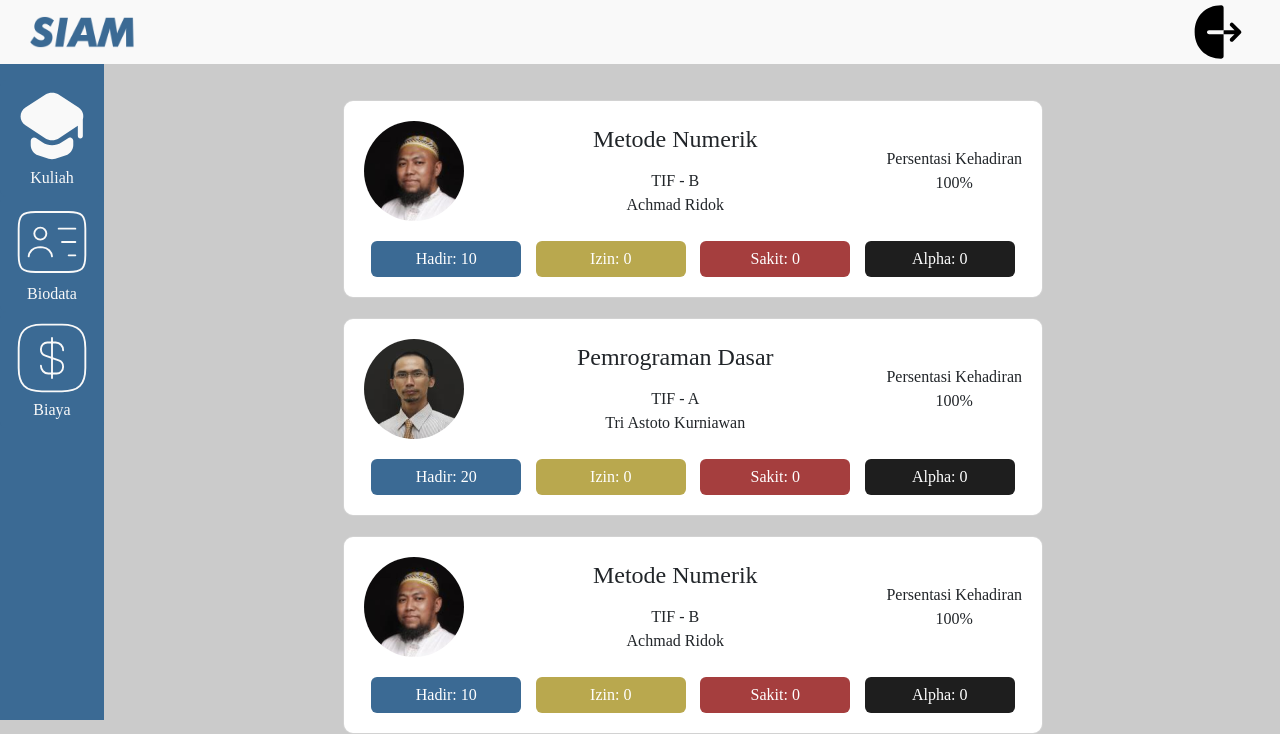
Repository: haikalirf/Project-IMK
Page: riwayatpresensi.html
An editor plug-in stored every save of this project. The page is shown before and after the next save, followed by the edit.
The browser window is 1280 px wide. The pictures show the whole page.
Some web fonts or font styles are not loaded; a fallback is used.

Above is the page before, as saved 2022-12-15 15:21:58.
Not found: scripts/.js

### riwayatpresensi.html
<!DOCTYPE html>
<html lang="en">
<head>
	<meta charset="UTF-8">
	<meta http-equiv="X-UA-Compatible" content="IE=edge">
	<meta name="viewport" content="width=device-width, initial-scale=1.0">
	<title>SIAM</title>
	<link rel="icon" href="/assets/logo_ub.ico">
	<link rel="stylesheet" href="https://cdn.jsdelivr.net/npm/bootstrap@5.2.3/dist/css/bootstrap.min.css" integrity="sha384-rbsA2VBKQhggwzxH7pPCaAqO46MgnOM80zW1RWuH61DGLwZJEdK2Kadq2F9CUG65" crossorigin="anonymous">
	<link rel="stylesheet" href="/styles/riwayatpresensi.css">
</head>
<body>
	<nav class="navbar" id="navbar">
		<div class="navbar-left">
			<a class="navbar-brand" href="/kuliah.html">
				<img class="navbar-image" src="/assets/SIAM.png" alt="SIAM">
			</a>
		</div>
		<a class="navbar-link" href="landing.html">
			<img id="navbar-image" src="/assets/Logout.svg" alt="Logout">
		</a>
	</nav>
	<div class="mh-100" id="sidebar">
		<a class="btn" href="kuliah.html">
			<img id="sidebar-kuliah" src="/assets/Kuliah Logo.svg" alt="Kuliah">
			<label for="sidebar-kuliah">Kuliah</label>
		</a>
		<a class="btn" href="">
			<img id="sidebar-biodata" src="/assets/Biodata Logo Kosong.svg" alt="Biodata">
			<label for="sidebar-biodata">Biodata</label>
		</a>
		<a class="btn" href="">
			<img id="sidebar-biaya" src="/assets/Biaya Logo Kosong.svg" alt="Biaya">
			<label for="sidebar-biaya">Biaya</label>
		</a>
	</div>
	<main>
		<div class="card">
			<div class="card-top">
				<img src="/assets/Foto Dosen.png" alt="">
				<div class="matkul">
					<h4>Metode Numerik</h4>
					<p>TIF - B</p>
					<p>Achmad Ridok</p>
				</div>
				<div class="waktu">
					<p>Persentasi Kehadiran</p>
					<p>100%</p>
				</div>
			</div>
			<div class="buttons">
				<button type="button" class="btn btn-primary button-hadir">Hadir: 10</button>
				<button type="button" class="btn btn-primary button-izin">Izin: 0</button>
				<button type="button" class="btn btn-primary button-sakit">Sakit: 0</button>
				<button type="button" class="btn btn-primary button-alpha">Alpha: 0</button>
			</div>
		</div>
		<div class="card">
			<div class="card-top">
				<img src="/assets/Foto Dosen 2.png" alt="">
				<div class="matkul">
					<h4>Pemrograman Dasar</h4>
					<p>TIF - A</p>
					<p>Tri Astoto Kurniawan</p>
				</div>
				<div class="waktu">
					<p>Persentasi Kehadiran</p>
					<p>100%</p>
				</div>
			</div>
			<div class="buttons">
				<button type="button" class="btn btn-primary button-hadir">Hadir: 20</button>
				<button type="button" class="btn btn-primary button-izin">Izin: 0</button>
				<button type="button" class="btn btn-primary button-sakit">Sakit: 0</button>
				<button type="button" class="btn btn-primary button-alpha">Alpha: 0</button>
			</div>
		</div>
		<div class="card">
			<div class="card-top">
				<img src="/assets/Foto Dosen.png" alt="">
				<div class="matkul">
					<h4>Metode Numerik</h4>
					<p>TIF - B</p>
					<p>Achmad Ridok</p>
				</div>
				<div class="waktu">
					<p>Persentasi Kehadiran</p>
					<p>100%</p>
				</div>
			</div>
			<div class="buttons">
				<button type="button" class="btn btn-primary button-hadir">Hadir: 10</button>
				<button type="button" class="btn btn-primary button-izin">Izin: 0</button>
				<button type="button" class="btn btn-primary button-sakit">Sakit: 0</button>
				<button type="button" class="btn btn-primary button-alpha">Alpha: 0</button>
			</div>
		</div>
	</main>
	<script src="https://cdn.jsdelivr.net/npm/bootstrap@5.2.3/dist/js/bootstrap.bundle.min.js" integrity="sha384-kenU1KFdBIe4zVF0s0G1M5b4hcpxyD9F7jL+jjXkk+Q2h455rYXK/7HAuoJl+0I4" crossorigin="anonymous"></script>
	<script src="/scripts/.js"></script>
</body>
</html>

### styles/riwayatpresensi.css
/* CSS Reset */
/*
	Josh's Custom CSS Reset
	https://www.joshwcomeau.com/css/custom-css-reset/
*/
*, *::before, *::after {
	box-sizing: border-box;
}
  * {
	margin: 0;
}
html, body {
	height: 100%;
}
body {
	line-height: 1.5;
	-webkit-font-smoothing: antialiased;
}
img, picture, video, canvas, svg {
	display: block;
	max-width: 100%;
}
input, button, textarea, select {
	font: inherit;
}
p, h1, h2, h3, h4, h5, h6 {
	overflow-wrap: break-word;
}
#root, #__next {
	isolation: isolate;
}
/* CSS Reset ends */

body {
	background-color: #cbcbcb;
	font-family: 'readex';
	font-size: 16px;
}

@font-face {
	font-family: 'readex';
	src:url('/assets/fonts/ReadexPro-Medium.ttf');
}

#navbar {
	display: flex;
	justify-content: space-between;
	position: fixed;
	background-color: #f9f9f9;
	z-index: 1;
	width: 100%;
	padding: 0px 30px;
}

.navbar-left {
	display: flex;
	align-items: center;
}

.navbar-image {
	height: 50px;
}

.navbar-extra {
	padding-bottom: 5px;
	margin-left: 15px;
}

main {
	padding-top: 100px;
	padding-left: 106px;
	display: flex;
	flex-direction: column;
	align-items: center;
	height: 100vh;
	gap: 20px;
}

#sidebar {
	background-color: #3b6a94;
	display: flex;
	flex-direction: column;
	flex: 1;
	position: fixed;
	height: 100vh;
	padding-top: 80px;
}

#sidebar a:hover {
	background-color: #266093;
}

#sidebar img {
	width: 80px;
	height: 80px;
}

a img, a label {
	color: #f9f9f9;
}

.btn {
	background-color: #3b6a94;
	border: none;
	cursor: inherit !important;
}

.btn:hover {
	background-color: #3b6a94;
}

.card {
	width: 700px;
	padding: 20px;
	border-radius: 10px;
}

.card-top {
	display: flex;
	justify-content: space-between;
}

.card-top img {
	clip-path: circle();
	width: 100px;
	height: 100px;
	align-self: center;
}

.matkul {
	display: flex;
	flex-direction: column;
	justify-content: center;
	align-items: center;
}

.matkul * {
	margin: 0px;
	text-align: center;
}

.matkul h4 {
	margin-bottom: 15px;
}

.waktu {
	display: flex;
	flex-direction: column;
	justify-content: center;
	align-items: center;
}

.waktu * {
	margin: 0px;
}

.buttons {
	display: flex;
	justify-content: space-around;
	margin-top: 20px;
}

.buttons button {
	width: 150px;
}

.button-hadir:active {
	background-color: #3b6a94 !important;
}

.button-izin {
	background-color: #B9A84E;
}

.button-izin:hover {
	background-color: #B9A84E;
}

.button-izin:active {
	background-color: #B9A84E !important;
}

.button-sakit {
	background-color: #A53E3E;
}

.button-sakit:hover {
	background-color: #A53E3E;
}

.button-sakit {
	background-color: #A53E3E !important;
}

.button-alpha {
	background-color: #1E1E1E;
}

.button-alpha:hover {
	background-color: #1E1E1E;
}

.button-alpha:active {
	background-color: #1E1E1E !important;
}

@media (max-width: 820px) {
	.card {
		width: 90%;
	}

	.card-top {
		flex-direction: column;
		gap: 20px;
	}

	.buttons {
		align-items: center;
		flex-direction: column;
		gap: 10px;
	}
}

After the next save:
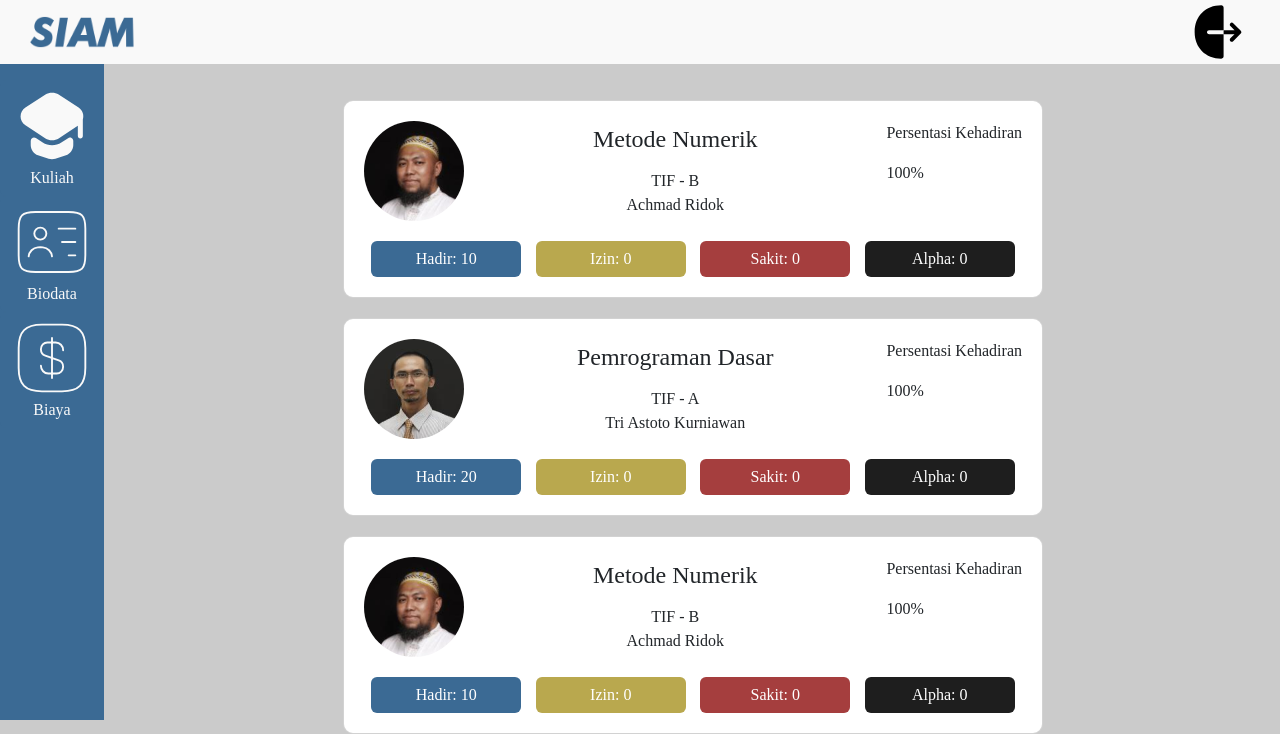
Saved 36 s later.
--- a/riwayatpresensi.html
+++ b/riwayatpresensi.html
@@ -43,7 +43,7 @@
 					<p>TIF - B</p>
 					<p>Achmad Ridok</p>
 				</div>
-				<div class="waktu">
+				<div class="kehadiran">
 					<p>Persentasi Kehadiran</p>
 					<p>100%</p>
 				</div>
@@ -63,7 +63,7 @@
 					<p>TIF - A</p>
 					<p>Tri Astoto Kurniawan</p>
 				</div>
-				<div class="waktu">
+				<div class="kehadiran">
 					<p>Persentasi Kehadiran</p>
 					<p>100%</p>
 				</div>
@@ -83,7 +83,7 @@
 					<p>TIF - B</p>
 					<p>Achmad Ridok</p>
 				</div>
-				<div class="waktu">
+				<div class="kehadiran">
 					<p>Persentasi Kehadiran</p>
 					<p>100%</p>
 				</div>

After the save that followed:
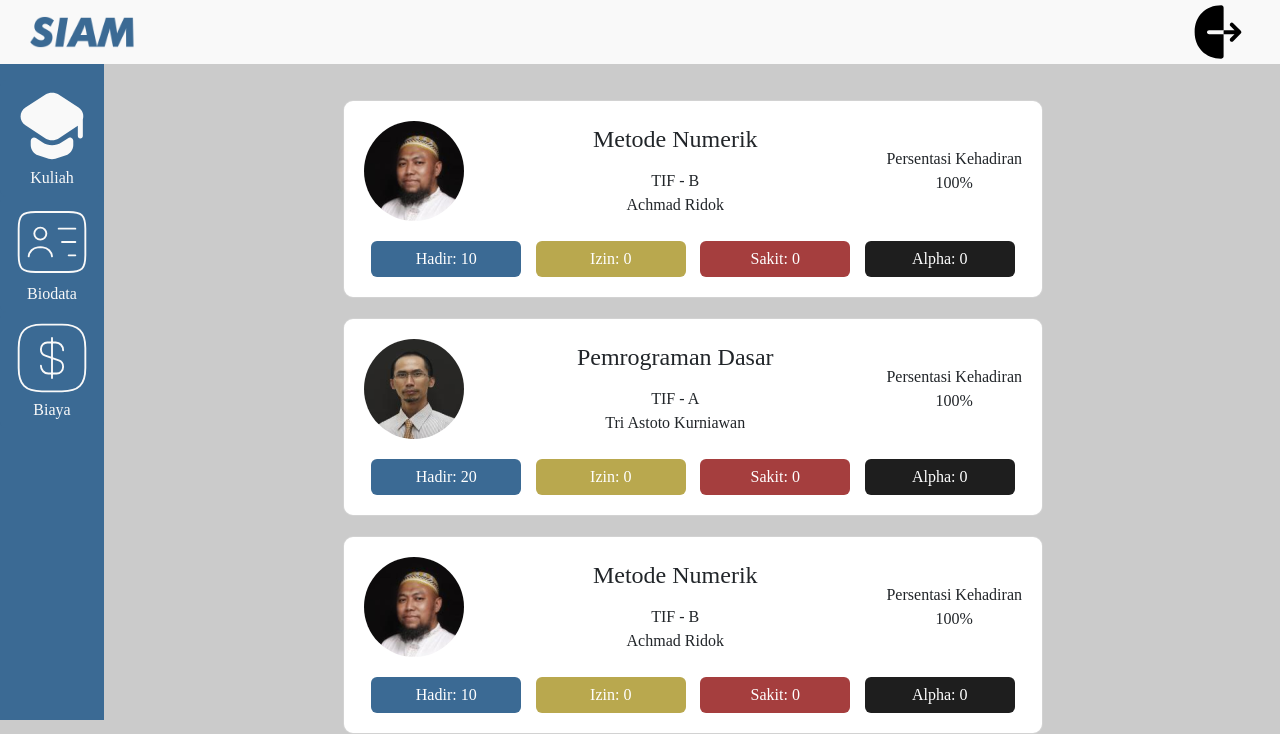
Saved 12 s later.
--- a/styles/riwayatpresensi.css
+++ b/styles/riwayatpresensi.css
@@ -143,14 +143,14 @@ a img, a label {
 	margin-bottom: 15px;
 }
 
-.waktu {
+.kehadiran {
 	display: flex;
 	flex-direction: column;
 	justify-content: center;
 	align-items: center;
 }
 
-.waktu * {
+.kehadiran * {
 	margin: 0px;
 }
 
